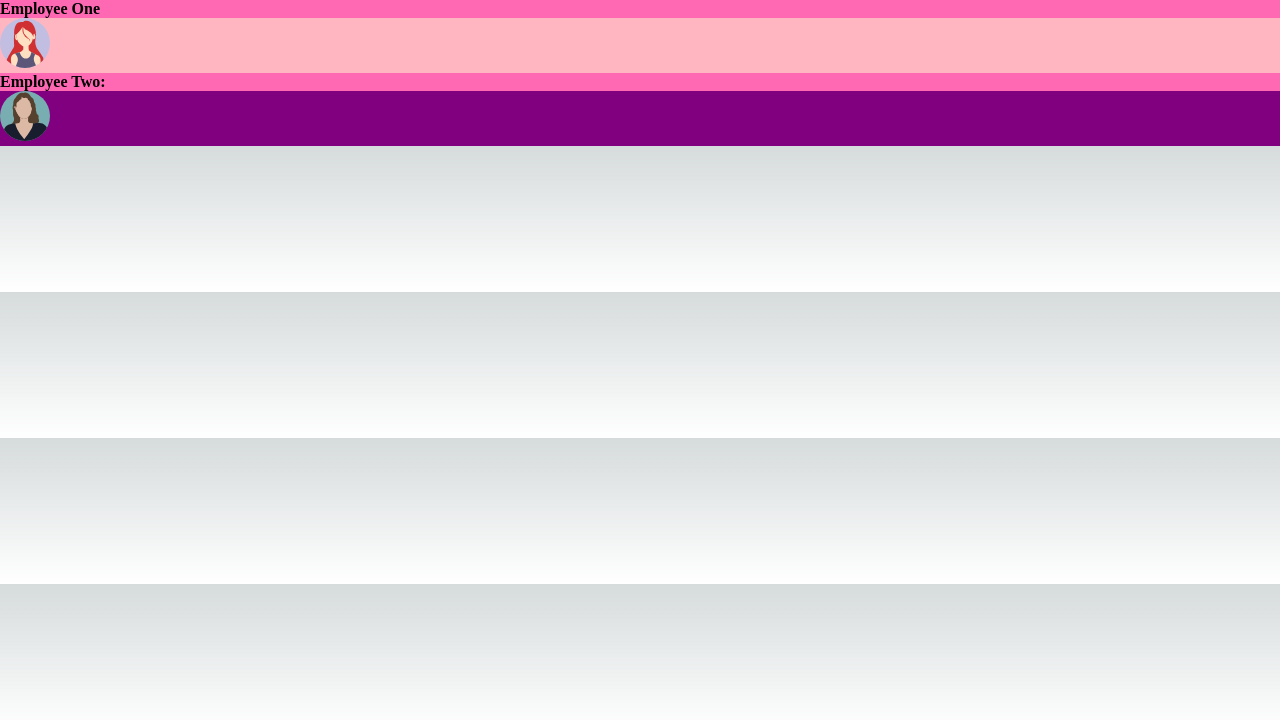
Repository: bguemos/week3example
Page: /About
An editor plug-in stored every save of this project. The page is shown before and after the next save, followed by the edit.
The browser window is 1280 px wide. The pictures show the whole page.
The project was rebuilt for these pictures with package versions that can differ from the ones it lists, and the page was loaded fresh each time. The framework's server and built-in components were replaced by stand-ins that run in the browser. Also part of the build but not shown: next.config.js.

Above is the page before, as saved 2023-01-19 08:20:32.

After the next save:
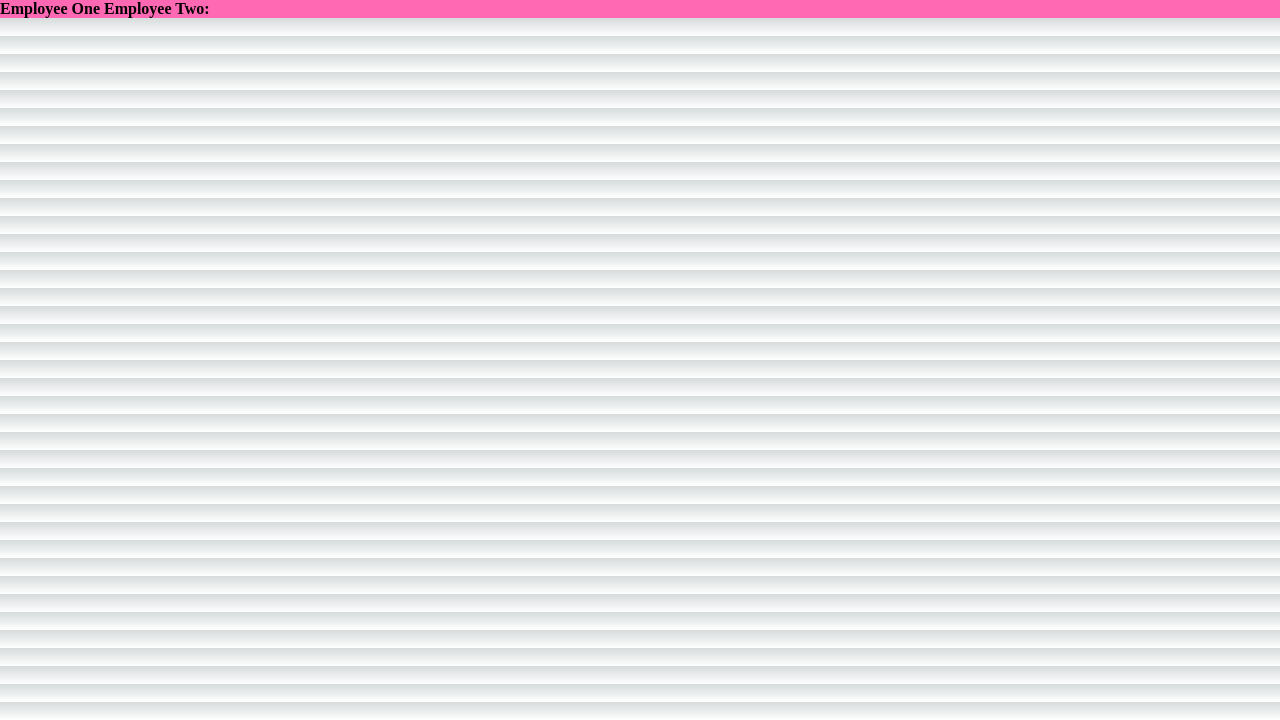
Saved 39 s later.
--- a/data/employee.json
+++ b/data/employee.json
@@ -2,21 +2,21 @@
 
 
 {
-    "employeeName": "Jenna",
-    "employeePosition": "manager",
+    "Name": "Jenna",
+    "Position": "manager",
     "department":"corporate",
     "yearsWorked": 4
 },
 {
-    "employeeName": "Natalie",
-    "employeePosition": "general manager",
+    "Name": "Natalie",
+    "Position": "general manager",
     "department":"corporate",
     "yearsWorked": 15
 
 },
 {
-    "employeeName":"Sarah",
-    "employeePosition": "ceo",
+    "Name":"Sarah",
+    "Position": "ceo",
     "department":"corporate",
     "yearsWorked": 20
 }
